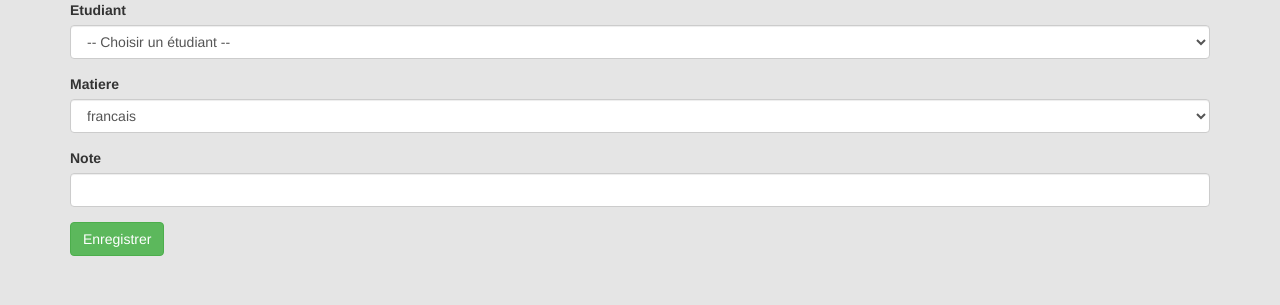
Repository: mitantsoa1/CRUD-note
Page: http://localhost/note
The author's editor kept a copy of each file at every save. The page is drawn from the files as they stood at one save, then again after the next save.
The browser window is 1280 px wide. The pictures show the whole page.
The page is run by PHP 8.4 with error messages shown; the project is at /var/www/html/. The database holds what the project's SQL file puts in it.

Above is the page before, as saved 2021-02-12 18:59:52.
Console error: SyntaxError: Unexpected token '<'

After the next save:
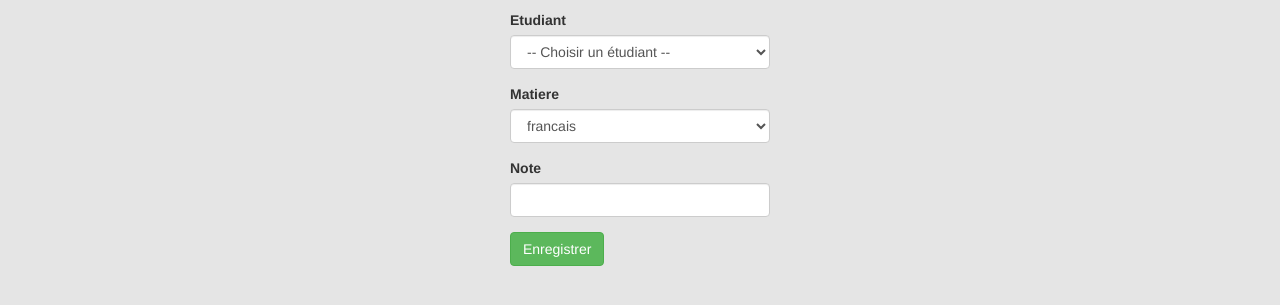
Saved 57 s later.
--- a/Publics/css/style.css
+++ b/Publics/css/style.css
@@ -42,3 +42,44 @@ body {
     background: black;
     color: white;
 }
+
+.content-note {
+    min-width: 300px;
+    background: white;
+    padding: 0px 0px 10px 20px !important;
+    margin: 10px auto;
+    border: white 1px solid !important;
+    border-radius: 10px !important;
+}
+
+.note-content {
+    width: 50vw;
+    min-width: 300px;
+    background: white;
+    padding: 0px 50px 0 !important;
+    margin: 10px auto;
+    border: white 1px solid !important;
+    border-radius: 10px !important;
+}
+
+.note-content label,
+.note-content input {
+    display: inline-block;
+    width: 040%;
+}
+
+.note-content select {
+    display: inline-block;
+    width: auto;
+    max-width: 50%;
+}
+
+.note-content #b_note,
+.note-content #b_matiere_modif {
+    margin-left: 035%;
+}
+
+.gestion-content {
+    width: 300px;
+    padding: 10px 20px;
+}
